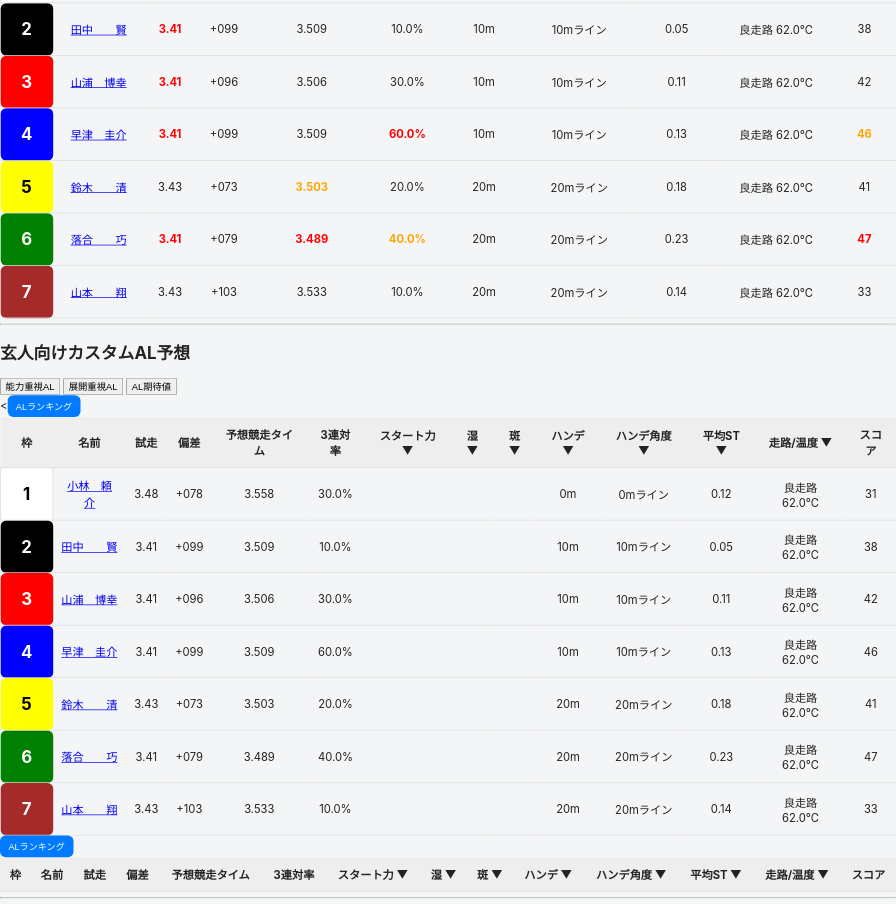
Repository: autorace-lab/Auto-Lab--main
Page: race.html
An editor plug-in stored every save of this project. The page is shown before and after the next save, followed by the edit.
The browser window is 1280 px wide. The pictures show the part of the page from y = 712 to 2632 px (the page is 2003 px tall before and 2632 px after), at 70% of full size.

Above is the page before, as saved 2026-08-07 22:44:00.

### race.html
<!DOCTYPE html>
<html lang="ja">

<head>
<meta charset="UTF-8">
<meta name="viewport" content="width=device-width, initial-scale=1.0">

<title>Auto-Lab- | オートレースデータ分析</title>

<link rel="stylesheet" href="style.css">

</head>


<div id="playerModal" class="modal">

<div class="modal-content">

<span class="close" onclick="closePlayer()">×</span>

<h2 id="playerName"></h2>

<p><strong>ランク</strong>　<span id="playerRank"></span></p>

<p><strong>試走平均</strong>　<span id="playerTime"></span></p>

<p><strong>平均ST</strong>　<span id="playerST"></span></p>

<p><strong>試走偏差</strong>　<span id="playerDiff"></span></p>

<p><strong>3連対率</strong>　<span id="playerTripleRate"></span></p>

<p><strong>節間成績</strong></p>

<p id="playerResults"></p>

<p><strong>直近10走</strong></p>

<p id="playerRecent"></p>

<p><strong>車番</strong>　<span id="playerCar"></span>号車</p>

<p><strong>ハンデ</strong>　<span id="playerHandicap"></span></p>

<p><strong>評価</strong>　<span id="playerEvaluation"></span></p>

</div>

</div>


<body>


<header>


<div class="logo">
<a href="index.html">
🏁 Auto-Lab-
</a>
</div>


<div class="subtitle">
オートレース データ分析プラットフォーム
</div>


</header>

<div class="race-info">

<div class="race-header">

<h2 id="raceTitle"></h2>

<p id="raceTitleType"></p>

<p id="raceDay"></p>

<p id="deadline"></p>

<p id="weather"></p>

<p id="track"></p>

<p id="cars"></p>

</div>

<div class="tabs">
  <button class="tab-btn active" onclick="changeTab('al')">AL予想</button>
  <button class="tab-btn" onclick="changeTab('odds')">オッズ</button>
  <button class="tab-btn" onclick="changeTab('result')">レース結果</button>
</div>

<div class="race-tabs">

<button class="race-tab-btn active" onclick="changeRace(1)">1R</button>
<button class="race-tab-btn" onclick="changeRace(2)">2R</button>
<button class="race-tab-btn" onclick="changeRace(3)">3R</button>
<button class="race-tab-btn" onclick="changeRace(4)">4R</button>
<button class="race-tab-btn" onclick="changeRace(5)">5R</button>
<button class="race-tab-btn" onclick="changeRace(6)">6R</button>
<button class="race-tab-btn" onclick="changeRace(7)">7R</button>
<button class="race-tab-btn" onclick="changeRace(8)">8R</button>
<button class="race-tab-btn" onclick="changeRace(9)">9R</button>
<button class="race-tab-btn" onclick="changeRace(10)">10R</button>
<button class="race-tab-btn" onclick="changeRace(11)">11R</button>
<button class="race-tab-btn" onclick="changeRace(12)">12R</button>

<button class="race-tab-btn result-tab-btn" onclick="changeRecent(this)">
成績
</button>

</div>
<div id="race" class="tab-content" style="display:none;">
  <table>
    <thead>
      <tr>
        <th>車</th>
        <th>選手</th>
        <th>ハンデ</th>
        <th>試走</th>
        <th>偏差</th>
        <th>ST</th>
        <th>3連対率</th>
        <th>節間成績</th>
    </thead>
    <tbody id="raceTable"></tbody>
  </table>
</div>
<div id="result" class="tab-content">
  <h3>レース結果</h3>
  <p>準備中</p>
</div>

<div id="recent" class="tab-content" style="display:none;">

<h2>近10走</h2>

<table class="recent-table">

<thead>
<tr>
<th>枠</th>
<th>選手</th>
<th>1走前</th>
<th>2走前</th>
<th>3走前</th>
<th>4走前</th>
<th>5走前</th>
<th>6走前</th>
<th>7走前</th>
<th>8走前</th>
<th>9走前</th>
<th>10走前</th>
</tr>
</thead>

<tbody id="recentTable">

</tbody>

</table>

</div>

<div id="odds" class="tab-content" style="display:none;">
  <h3>オッズ</h3>
  <p>ここにオッズを表示します。</p>
</div>

<div id="al" class="tab-content" style="display:block;">

   <div class="al-tabs">

<button class="al-tab-btn" onclick="toggleAbout(this)">
    AL予想とは？
</button>

</div>



    <!-- AL予想とは -->
    <div id="about" class="al-page" style="display:none;">



<h2>🏁 Auto-Lab予想（AL予想）</h2>

<p>
<strong>
試走タイムを単純評価するのではなく、選手ごとの試走特性を補正した
「予想競走タイム」と、レース条件による「展開ポイント」を組み合わせ、
そのレースにおける選手の期待値を可視化する予想システムです。
</strong>
</p>

<p>
オートレースでは、同じ試走タイムでも選手によって意味が変わります。
試走タイムを出しやすい選手、出にくい選手の特徴を
<strong>試走偏差</strong>によって補正し、
選手本来の状態を評価します。
</p>




<p>
選手自身の能力・現在の状態を重視するAI評価です。
</p>

<p>
<strong>
予想競走タイム 70％ ＋ 展開ポイント 30％
</strong>
</p>

<ul>
<li>試走タイム＋試走偏差による予想競走タイム</li>
<li>平均ST</li>
<li>ハンデ位置補正</li>
<li>走路コンディション</li>
</ul>


<h3>🌊 展開重視AL</h3>

<p>
ハンデ位置や走路条件など、レース展開の有利不利を重視するAI評価です。
</p>

<p>
<strong>
予想競走タイム 30％ ＋ 展開ポイント 70％
</strong>
</p>

<ul>
<li>試走タイム＋試走偏差による予想競走タイム</li>
<li>平均ST</li>
<li>ハンデ位置補正</li>
<li>走路コンディション（良走路・湿走路・走路温度など）</li>
</ul>


<h3>🏆 AL期待値</h3>

<p>
能力重視ALと展開重視ALの両方から、
そのレースで最も期待できる選手を分析します。
</p>

<p>
<strong>
能力 × 展開 ＝ Auto-Lab期待値
</strong>
</p>


</div>

<div class="al-sub-tabs">

<button class="al-tab-btn" onclick="changeALTab('ability', this)">
    能力重視AL
</button>

<button class="al-tab-btn" onclick="changeALTab('development', this)">
    展開重視AL
</button>

<button class="al-tab-btn" onclick="changeALTab('expectationArea', this)">
AL期待値
</button>

</div>


<section class="al-description">

  <div id="ability" class="al-page" style="display:none;">

<div class="al-header">

<div id="handicapAngleArea"></div>

    <button class="rank-btn" id="rankBtn" onclick="toggleAbilityRank()">
    ALランキング
</button>

    </div>

<table>
<thead>
<tr>
<th>枠</th>
<th>名前</th>
<th>試走</th>
<th>偏差</th>
<th>予想競走タイム</th>
<th>3連対率</th>
<th class="handicap-header" onclick="toggleHandicap()">
    ハンデ ▼
</th>
<th class="handicap-angle-header"
onclick="toggleHandicapAngle()">
ハンデ角度 ▼
</th>

<th class="st-header" onclick="toggleST()">
    平均ST ▼
</th>
<th class="temp-header" onclick="toggleTemperature()">
    走路/温度 ▼
</th>
<th>スコア</th>
</tr>
</thead>

<tbody id="abilityTable">
</tbody>

</table>
<div id="handicapAngleArea"></div>
</div>

<div id="development" class="al-page" style="display:none;">
<div class="al-header">


   <button class="rank-btn" id="developmentRankBtn" onclick="toggleDevelopmentRank()">
    ALランキング
</button>

    </div>


<table>
<thead>
<tr>
<th>枠</th>
<th>名前</th>
<th>試走</th>
<th>偏差</th>
<th>予想競走タイム</th>
<th>3連対率</th>
<th class="handicap-header" onclick="toggleHandicap()">
    ハンデ ▼
</th>
<th class="handicap-angle-header"
onclick="toggleHandicapAngle()">
ハンデ角度 ▼
</th>

<th class="st-header" onclick="toggleST()">
    平均ST ▼
</th>
<th class="temp-header" onclick="toggleTemperature()">
    走路/温度 ▼
</th>
<th>スコア</th>
</tr>
</thead>

<tbody id="developmentTable">
</tbody>

</table>

</div>

<div id="expectationArea" class="al-page" style="display:none;">

<div class="al-header">

<button class="rank-btn" id="expectationRankBtn" onclick="toggleExpectationRank()">
ALランキング
</button>

</div>
<table>

<thead>
<tr>
<th>枠</th>
<th>名前</th>
<th>能力スコア</th>
<th>展開スコア</th>
<th>AL期待値</th>
</tr>
</thead>

<tbody id="expectationTable">

</tbody>

</table>

</div>

<hr class="custom-divider">

<h2 class="custom-title">
    玄人向けカスタムAL予想
</h2>

<div class="custom-al-sub-tabs">
    <button class="custom-al-tab-btn active"
        onclick="changeCustomALTab('customAbility',this)">
        能力重視AL
    </button>

    <button class="custom-al-tab-btn"
        onclick="changeCustomALTab('customDevelopment',this)">
        展開重視AL
    </button>

    <button class="custom-al-tab-btn"
        onclick="changeCustomALTab('customExpectation',this)">
        AL期待値
    </button>
</div>

<div id="customAbility" class="custom-al-page">


<<button class="rank-btn"
id="customAbilityRankBtn"
onclick="toggleCustomAbilityRank()">
    ALランキング
</button>



<table>

<thead>
<tr>
<th>枠</th>
<th>名前</th>
<th>試走</th>
<th>偏差</th>
<th>予想競走タイム</th>
<th>3連対率</th>
<th>スタート力 ▼</th>
<th>湿 ▼</th>
<th>斑 ▼</th>
<th class="handicap-header" onclick="toggleHandicap()">
    ハンデ ▼
</th>
<th class="handicap-angle-header"
onclick="toggleHandicapAngle()">
ハンデ角度 ▼
</th>

<th class="st-header" onclick="toggleST()">
    平均ST ▼
</th>
<th class="temp-header" onclick="toggleTemperature()">
    走路/温度 ▼
</th>
<th>スコア</th>
</tr>
</thead>

<tbody id="customAbilityTable">
</tbody>

</table>

</div>

<div id="customDevelopment" class="custom-al-page">
  <button class="rank-btn"
id="customDevelopmentRankBtn"
onclick="toggleCustomDevelopmentRank()">
    ALランキング
</button>




<table>
<thead>
<tr>
<th>枠</th>
<th>名前</th>
<th>試走</th>
<th>偏差</th>
<th>予想競走タイム</th>
<th>3連対率</th>
<th>スタート力 ▼</th>
<th>湿 ▼</th>
<th>斑 ▼</th>
<th class="handicap-header" onclick="toggleHandicap()">
    ハンデ ▼
</th>
<th class="handicap-angle-header"
onclick="toggleHandicapAngle()">
ハンデ角度 ▼
</th>

<th class="st-header" onclick="toggleST()">
    平均ST ▼
</th>
<th class="temp-header" onclick="toggleTemperature()">
    走路/温度 ▼
</th>
<th>スコア</th>
</tr>
</thead>

<div id="customExpectation" class="custom-al-page">
</table>

</div>

<div id="expectationArea" class="al-page" style="display:none;">

<div class="al-header">

<button class="rank-btn"
id="customExpectationRankBtn"
onclick="toggleCustomExpectationRank()">
    ALランキング
</button>

</div>
<table>

<thead>
<tr>
<th>枠</th>
<th>名前</th>
<th>能力スコア</th>
<th>展開スコア</th>
<th>AL期待値</th>
</tr>
</thead>

<tbody id="customExpectationTable">

</tbody>

</table>

</div>

<hr class="custom-divider">



    </table>
</div>

<div id="customDevelopment"
     class="custom-al-page"
     style="display:none;">
    <table>
        <thead></thead>
        <tbody id="customDevelopmentTable"></tbody>
    </table>
</div>



<script src="script.js"></script>

</body>

</html>

### style.css
body {
    margin:0;
    font-family:
    -apple-system,
    BlinkMacSystemFont,
    "Helvetica Neue",
    Arial,
    sans-serif;
    background:#f4f5f7;
    color:#222;
}


/* ヘッダー */

header {
    background:#111;
    color:white;
    padding:20px;
}

.logo {
    font-size:28px;
    font-weight:bold;
}

.subtitle {
    color:#aaa;
    margin-top:5px;
}


/* 全体 */

.container {
    max-width:900px;
    margin:auto;
    padding:15px;
}


/* カード */

.card {
    background:white;
    border-radius:14px;
    padding:20px;
    margin-bottom:15px;
    box-shadow:0 3px 10px rgba(0,0,0,0.08);
}


/* レース情報 */

.race-header {
    display:flex;
    justify-content:space-between;
    align-items:center;
}

.badge {
    background:#e60012;
    color:white;
    padding:6px 12px;
    border-radius:20px;
}



/* 表 */

table {
    width:100%;
    border-collapse:collapse;
}


th {
    background:#eee;
}


th,td {
    padding:12px;
    text-align:center;
    border-bottom:1px solid #ddd;
}


/* 車番 */

.car {
    font-size:22px;
    font-weight:bold;
}


/* 評価 */

.rating {
    display:flex;
    gap:10px;
}


.rating div {
    flex:1;
    background:#f5f5f5;
    padding:15px;
    text-align:center;
    border-radius:10px;
}


.star {
    color:#ff9800;
    font-size:22px;
}


/* データ */

.data {
    display:grid;
    grid-template-columns:repeat(3,1fr);
    gap:10px;
}


.data div {
    background:#f5f5f5;
    padding:15px;
    text-align:center;
    border-radius:10px;
}


.number {
    font-size:24px;
    font-weight:bold;
}

  .car {
    width:50px;
    height:50px;
    border-radius:8px;
    color:white;
    font-size:24px;
    font-weight:bold;
}


.car1 {
    background:white;
    color:black;
    border:1px solid #ddd;
}

.car2 {
    background:black;
}

.car3 {
    background:red;
}

.car4 {
    background:blue;
}

.car5 {
    background:yellow;
    color:black;
}

.car6 {
    background:green;
}

.car7 {
    background:brown;
}

.car8 {
    background:purple;
}

/* 試走偏差 */

.plus{
    color:#16a34a;
    font-weight:bold;
    background:#dcfce7;
    padding:4px 8px;
    border-radius:20px;
}

.normal{
    color:#ca8a04;
    font-weight:bold;
    background:#fef9c3;
    padding:4px 8px;
    border-radius:20px;
}

.minus{
    color:#dc2626;
    font-weight:bold;
    background:#fee2e2;
    padding:4px 8px;
    border-radius:20px;
}

/* モーダル */

.modal{

display:none;

position:fixed;

left:0;
top:0;

width:100%;
height:100%;

background:rgba(0,0,0,.6);

}

.modal-content{

background:white;

width:420px;

margin:80px auto;

padding:25px;

border-radius:12px;

position:relative;

}


.close{

position:absolute;

right:15px;

top:10px;

font-size:30px;

cursor:pointer;

}

.tabs {
    display: flex;
    gap: 10px;
    margin: 20px 0;
}

.tab-btn {
    flex: 1;
    padding: 12px;
    border: none;
    background: #ddd;
    cursor: pointer;
    font-size: 16px;
    border-radius: 8px;
    transition: 0.3s;
}

.tab-btn:hover {
    background: #bbb;
}

.tab-btn.active {
    background: #007bff;
    color: white;
}

.tab-content {
    margin-top: 15px;
}

.race-card {
    background: white;
    border-radius: 12px;
    padding: 20px;
    margin: 20px 0;
    box-shadow: 0 4px 12px rgba(0,0,0,0.1);
}

.race-card h3 {
    margin-top: 0;
    font-size: 24px;
}

.race-card button {
    width: 100%;
    padding: 12px;
    border: none;
    border-radius: 8px;
    background: #0066ff;
    color: white;
    font-size: 16px;
    cursor: pointer;
}
.race-card h3 span {
    float: right;
    font-size: 14px;
    font-weight: normal;
}

.race-list {
    display: grid;
    grid-template-columns: 1fr 1fr;
    gap: 15px;
}

.logo a {
    text-decoration: none;
    color: inherit;
}

.best-score {
    color:red !important;
    font-weight:bold;
}

.second-score {
    color:orange !important;
    font-weight:bold;
}

.al-header {
    display: flex;
    justify-content: flex-end;
    align-items: center;
    margin-bottom: 15px;
}

.rank-btn{
    padding:6px 12px;
    border:none;
    border-radius:8px;
    background:#007bff;
    color:white;
    cursor:pointer;
    font-size:13px;
}

.rank-btn:hover{
    opacity:.9;
}

/* AL予想とは？タブ */
.al-tabs {
    margin-bottom: 15px;
}


/* 能力・展開タブ */
.al-sub-tabs {
    display: flex;
    gap: 10px;
    margin: 5px 0;
}


/* ALタブ共通 */
.al-tab-btn {
    padding: 12px 30px;
    margin: 5px;
    border: 1px solid #ccc;
    border-radius: 12px;
    background: #f7f9fc;
    color: #333;
    font-size: 16px;
    font-weight: bold;
    cursor: pointer;
    transition: 0.2s;
}


/* マウスを乗せた時 */
.al-tab-btn:hover {
    background: #e3f2fd;
}


/* 選択中 */
.al-tab-btn.active {
    background: #1976d2;
    color: white;
    border-color: #1976d2;
}

.al-page {
    margin-top: 5px;
}

.buff-plus {
    color: red !important;
}

.buff-minus {
    color: blue !important;
}

.race-tab-btn {
    padding:8px 14px;
    border:none;
    border-radius:8px;
    background:#ddd;
    cursor:pointer;
    font-weight:bold;
}


.race-tab-btn.active {
    background:#007bff;
    color:white;
}

.race-tabs {
    display:flex;
    gap:8px;
    margin:15px 0;
    flex-wrap:wrap;
}


.race-tab-btn {
    padding:8px 14px;
    border:none;
    border-radius:8px;
    background:#ddd;
    cursor:pointer;
    font-size:14px;
    font-weight:bold;
}


.race-tab-btn.active {
    background:#007bff;
    color:white;
}

Loaded but not shown: script.js (2400 lines, source omitted); hamamatsu1_recent.html (11109 lines, source omitted); hamamatsu1_new.html (3905 lines, source omitted)

After the next save:
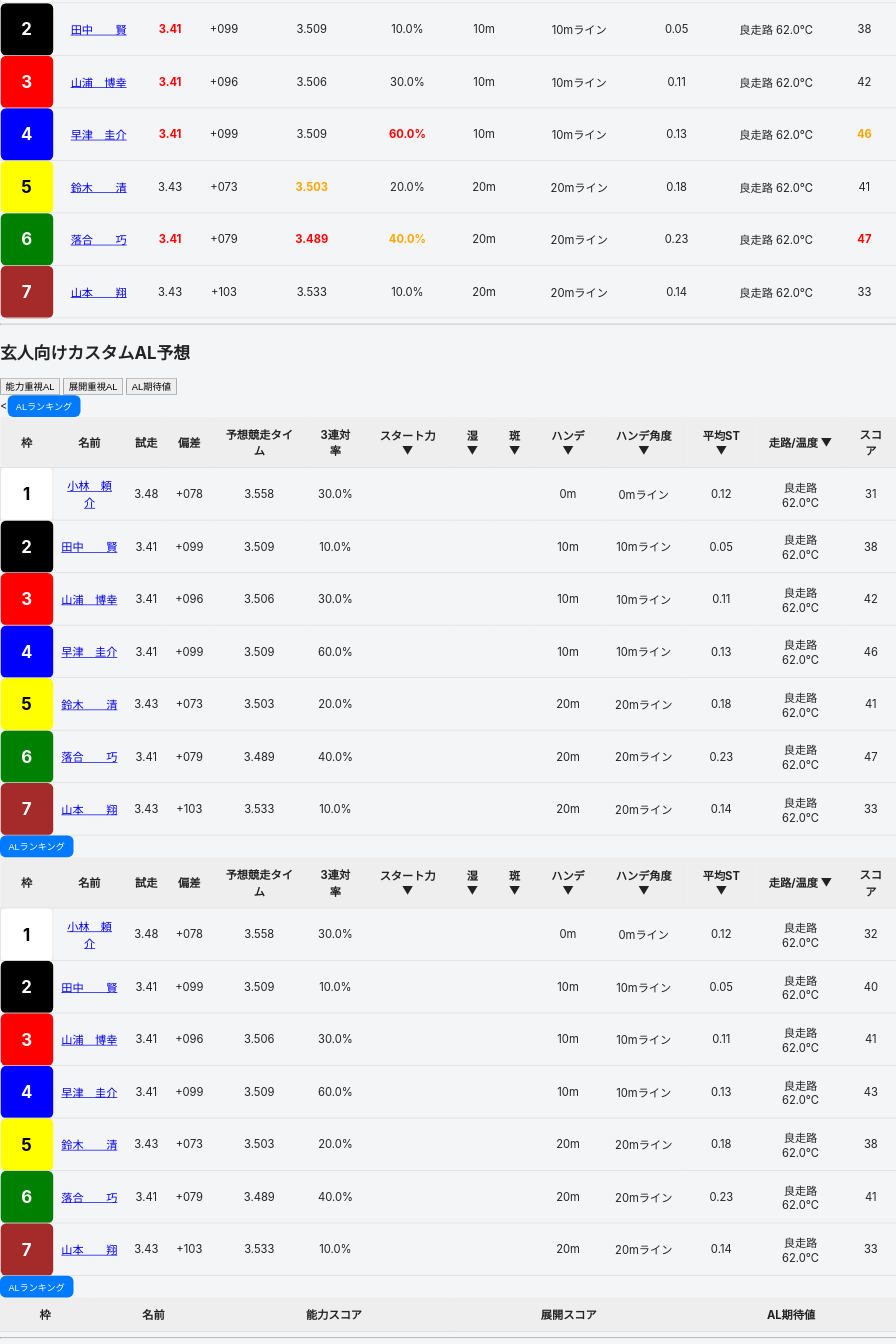
Saved 21 s later.
--- a/race.html
+++ b/race.html
@@ -514,14 +514,14 @@ onclick="toggleHandicapAngle()">
 </tr>
 </thead>
 
+<tbody id="customDevelopmentTable">
+</tbody>
+
+</table>
+
+</div>
+
 <div id="customExpectation" class="custom-al-page">
-</table>
-
-</div>
-
-<div id="expectationArea" class="al-page" style="display:none;">
-
-<div class="al-header">
 
 <button class="rank-btn"
 id="customExpectationRankBtn"
